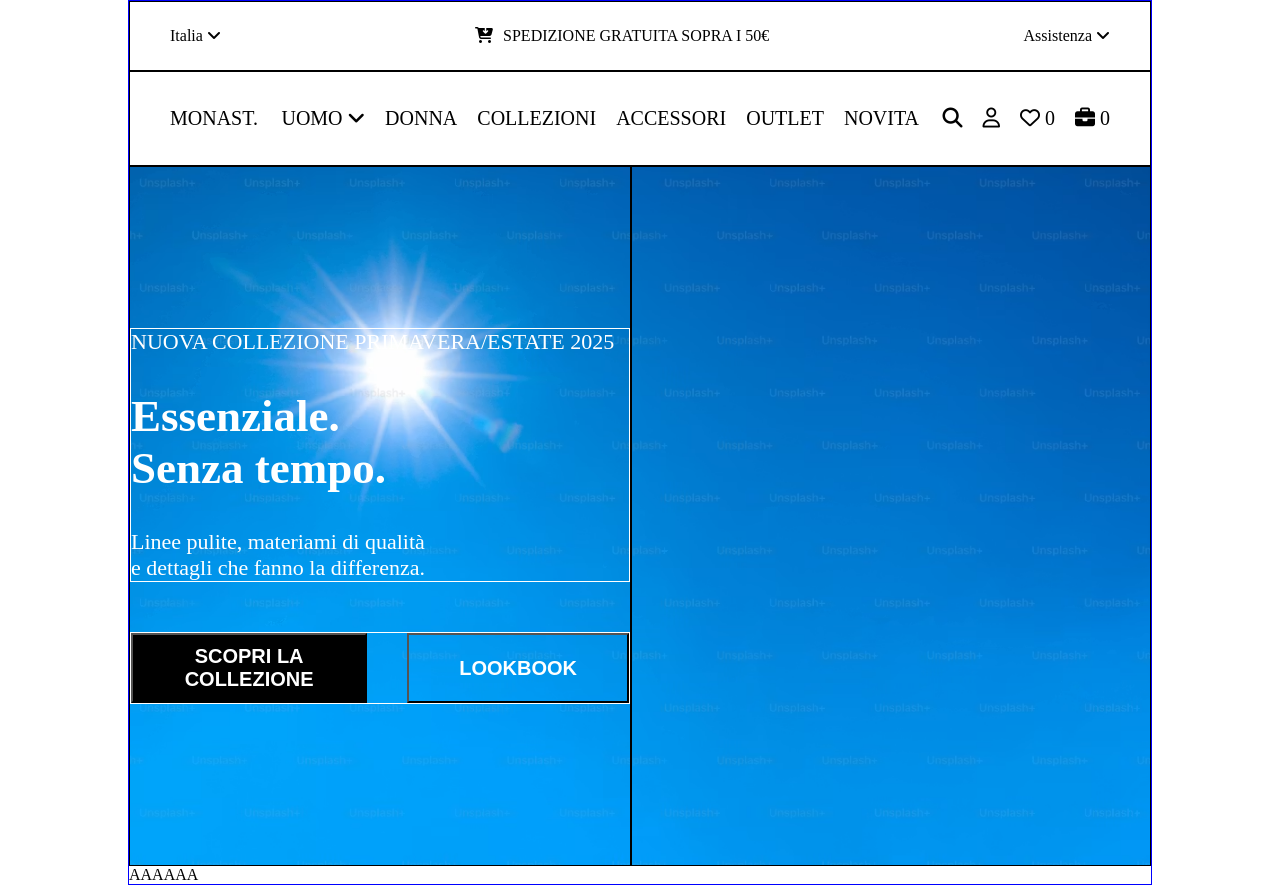
Repository: jacoporm1989/studioFlexbox
Page: FLEXBOX/header+navbar+hero1/index.html
These files come from the project's save history. The page is drawn as it stood at one moment and after the next save; the edit follows.
The browser window is 1280 px wide. The pictures show the whole page.

Above is the page before, as saved 2026-06-17 12:50:29.

After the next save:
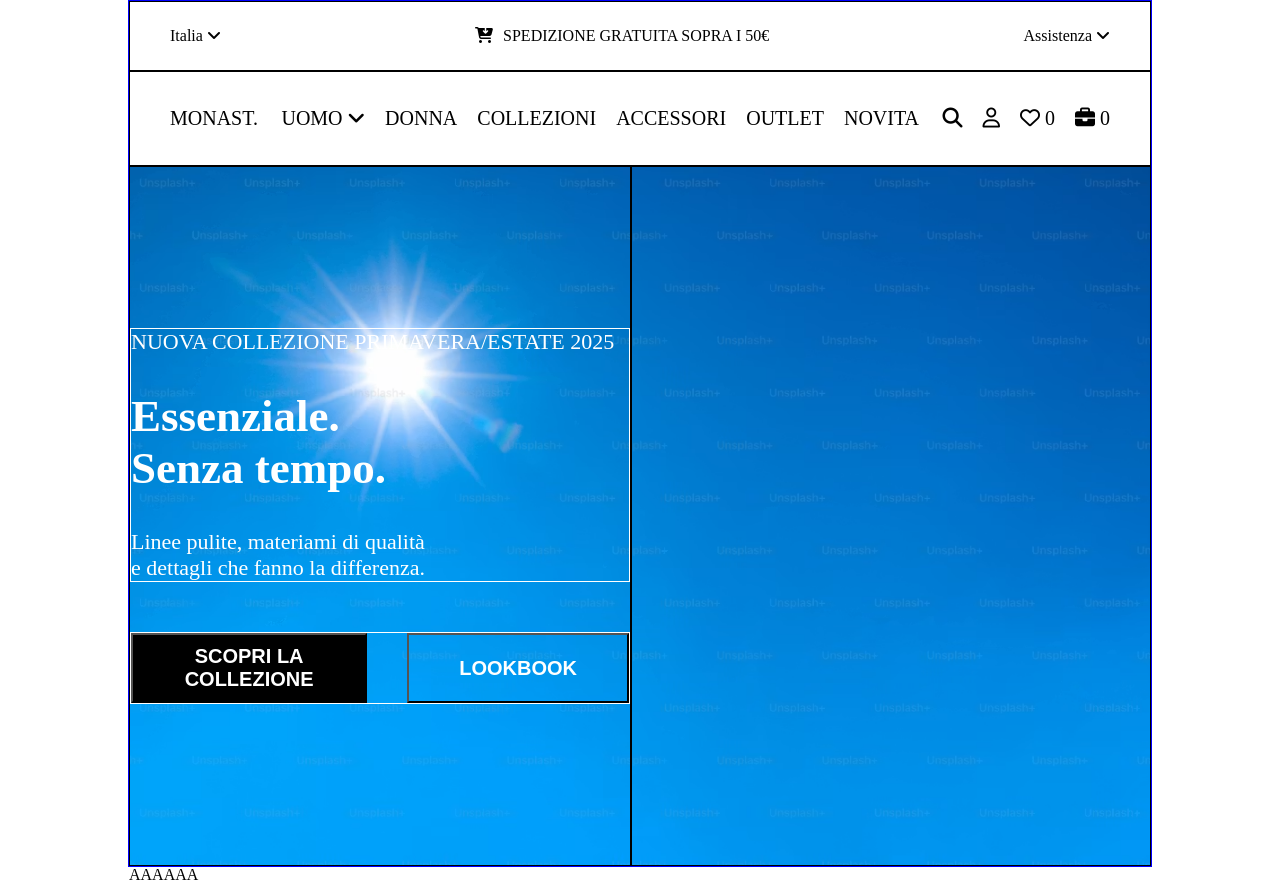
Saved 29 s later.
--- a/FLEXBOX/header+navbar+hero1/style.css
+++ b/FLEXBOX/header+navbar+hero1/style.css
@@ -222,3 +222,7 @@
     padding-left: 50px;
     padding-right:50px;
 }
+
+.banner{
+    position:absolute;
+}
